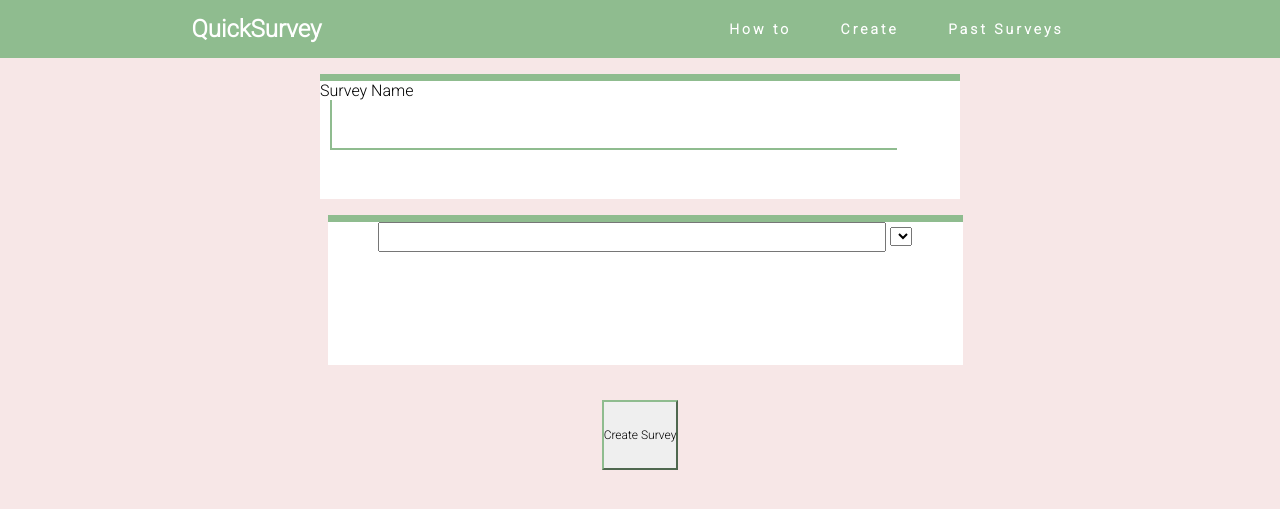
Repository: cakuang1/QuickSurvey
Page: create.html
These files come from the project's save history. The page is drawn as it stood at one moment and after the next save; the edit follows.
The browser window is 1280 px wide. The pictures show the whole page.
Some web libraries are served in a nearby version.

Above is the page before, as saved 2022-01-08 22:54:02.

### create.html
<!DOCTYPE html>
<html>
<head>
    <title>QuickSurvey</title>
    <link href="https://fonts.googleapis.com/css2?family=Roboto:wght@300&display=swap" rel="stylesheet">
    <meta charset="UTF-8">
    <link rel="stylesheet" href="style.css">

    <script src="https://kit.fontawesome.com/71865f0e2e.js" crossorigin="anonymous"></script>


</head>

<body>
        <nav class="navbar">
            <div class = 'heading'>
                <h2 id = "logo">QuickSurvey</h2>
            </div>
            <ul class="nav-menu">
                <li><a href="index.html" >How to</a></li>
                <li><a href="create.html">Create</a></li>
                <li><a href="pastsurveys.html">Past Surveys</a></li>
            </ul>
        </nav>

    </div>
    <div class="namecontainer">
        <label>Survey Name </label>
        <form ><input type="text" id = "testing"Survey name="Name"></form>

    </div>
    <form action="">
        <div class = "formdiv">
            <input type="text" class="inps">
            <select name="" class="selectors"></select>
        </div>
    </form>
    <div align = "center">
    <button class = "adds">  Add    </button><br>
    <button class = "creates">Create Survey</button>
    </div>
</body>
<script src="app.js"></script>
</html>

### style.css
* {
    box-sizing: border-box;
    margin: 0;
    padding: 0;
    font-family: 'Roboto', sans-serif;
}
body{
    background-color: #f7e7e7;


}
nav {
    display: flex;
    justify-content: space-around;
    align-items: center;
    min-height: 8vh;
    background-color: darkseagreen;
}

.nav-menu {
    display: flex;
    justify-content: space-around;
    width: 30%;
}


.creates {
    text-align: center;
    max-width: 140px;
    height:70px;

    padding: 0;
    border-color: darkseagreen;
    color: #000;
    font-size: 12px;
}
.nav-menu li {
    list-style: none;
}
.nav-menu a{
    color:white;
    text-decoration: none;
    letter-spacing: 3px;
    font-weight: bold;
    font-size: 14px;
    padding: 14px 16px;

}
.nav-menu li a:hover:not(.active){
    background-color: lightseagreen;
}
.nav-ment li a.active {
    background-color: darkseagreen;
}



.namecontainer {
    background-color: white;
    width: 50%;
    margin: auto;
    margin-bottom: 1em;
    margin-top: 1em;
    border-top: 7px solid darkseagreen;
    height: 125px;

}

.namecontainer:active {
    background-color: red;
}

.namecontainer input {
    width: 90%;
    height: 50px;
    background: transparent;
    border-top: none;
    border-right: none;
    border-left: 2px solid darkseagreen;
    border-bottom: 2px solid darkseagreen;
    font-size: 35px;
    outline: none;
    padding-top: 20px;
    display: inline-block
}
.adds {
    border: none;
}

h1 {
    text-indent: 10px;
    color:  darkseagreen;
}

form {
    padding-left: 10px;
}
.fas {
    color: gray;
    font-size: 30px;

}
.fas:hover {

    color: darkseagreen;
}

#home {
    background-color: rgb(176, 226, 176);
}

#logo {
    color: white;
}

#listcontainer {
    padding-top: 100px;
    width: fit-content;
    margin: auto;

}

ol {
    padding-top: 25px;
}

ol li {
    font-size: 50px;
    color: white;

}

.formdiv {
    background-color: white;
    width: 50%;margin: auto;margin-bottom: 1em; margin-top: 1em;border-top: 7px solid darkseagreen;
    text-align: center;
    height: 150px;
}
.formdiv form {
    height: auto;
}

.formdiv {

}

.formdiv .inps{
    height: 30px;
    border-bottom: solid dar;
    width: 80%;



}

.upperdiv {
    background-color: darkseagreen;
    margin: auto;
    margin-top: 80px;
    width: 60%;
    height: 50px;
    text-align: center;
    line-height: 50px;

}
.wrapper {
    background-color: darkseagreen;
    display: flex;
    flex-direction: column;
    min-height: 100px;
    width: 60%;
    margin: auto;
    margin-top: 10px;


}
.wrapper .holders {
    background-color:whitesmoke;
    margin:10px;
    height: 50px;
}

### app.js
//selectors
let addbutton = document.querySelector(".adds");
const list = document.querySelector("div");
const endbutton =document.querySelector(".creates");
let questionsdivs = document.querySelectorAll(".formdivs")
let array = [];

// creatinig formstruction
const formstructure = document.createElement('select');
const option1 = document.createElement('option');
const option2 = document.createElement('option');
const option3 = document.createElement('option');
option1.innerText = "True or False";
option2.innerText = "Yes or No";
option3.innerText = "Multiple choice";
formstructure.appendChild(option1);
formstructure.appendChild(option2);
formstructure.appendChild(option3);




// creating question container
let newdiv = document.createElement("div");
let linebreak = document.createElement("br");
let linebreak2 = document.createElement("br");
let newform = document.createElement("form");
let inp = document.createElement("input");
inp.setAttribute("placeholder","Question")
let fcopy = formstructure.cloneNode(true);
newdiv.appendChild(newform);
newform.appendChild(inp);
newform.appendChild(fcopy);
newdiv.appendChild(linebreak);
newdiv.appendChild(addbutton);
newdiv.appendChild(linebreak2);

newdiv.classList.add("formdiv");


addbutton.addEventListener("click",addanother);

function addanother() {
    let clone = newdiv.cloneNode(true);
    console.log(clone);
    selectedbutton.classList.add("questionsbuttons");
    document.body.appendChild(clone);
    document.body.appendChild(endbutton);
    array.push(newdiv);
    console.log(array);
}



let formselector = document.querySelectorAll('formdiv')

function emptyinput(input) {
    if (inputtxt.value.length == 0)
    {
        return true;
    }
    else {
        return false;

    }
}


endbutton.addEventListener("submit",generateform)


function generateform() {
    if (array.length == 0) {
        alert('no questions dumbo');
        return ;
    }




}

After the next save:
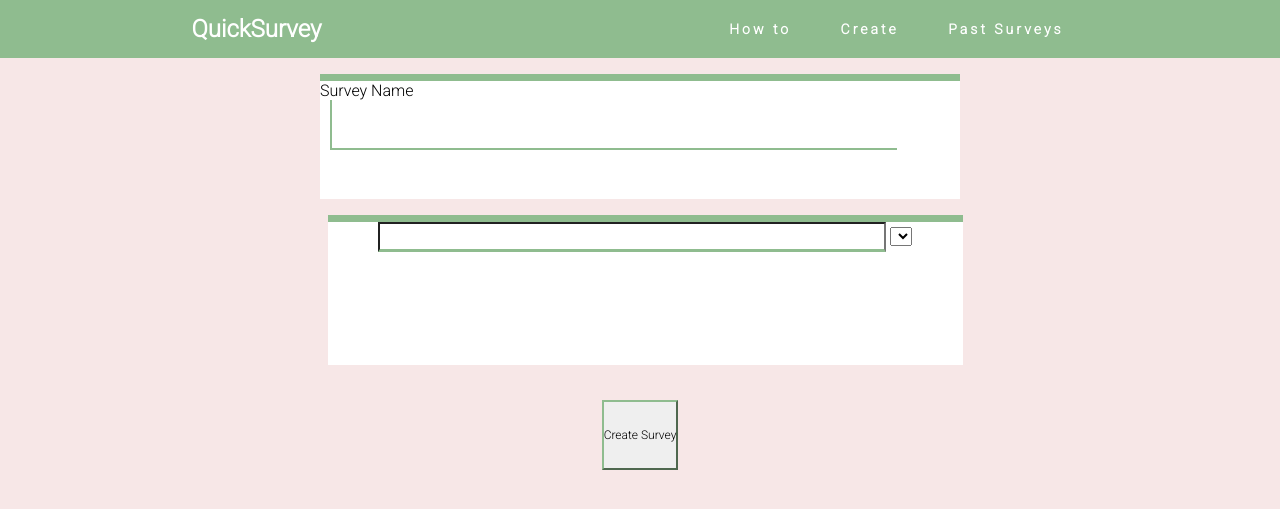
Saved 4 s later.
--- a/style.css
+++ b/style.css
@@ -146,7 +146,7 @@ ol li {
 
 .formdiv .inps{
     height: 30px;
-    border-bottom: solid dar;
+    border-bottom: solid darkseagreen;
     width: 80%;
 
 
